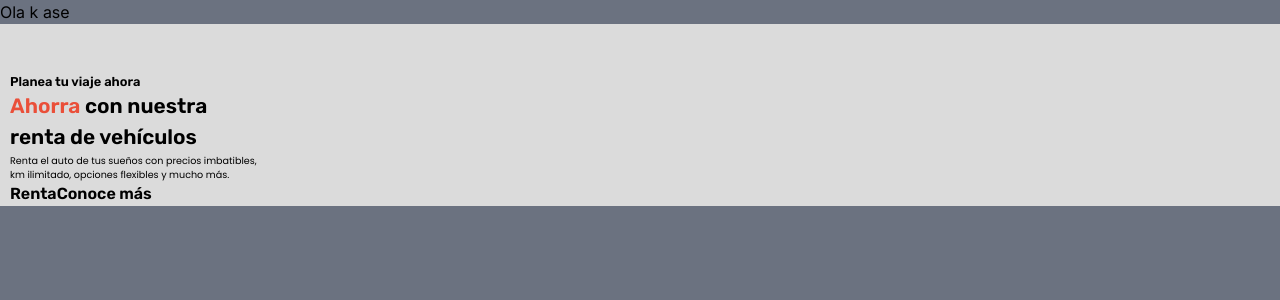
Repository: aldovelacasas/PF_RentCar2
Page: /homePage
These files come from the project's save history. The page is drawn as it stood at one moment and after the next save; the edit follows.
The browser window is 1280 px wide. The pictures show the whole page.
The project was rebuilt for these pictures with package versions that can differ from the ones it lists, and the page was loaded fresh each time. The framework's server and built-in components were replaced by stand-ins that run in the browser. Also part of the build but not shown: next.config.js.

Above is the page before, as saved 2023-08-29 19:10:34.

After the next save:
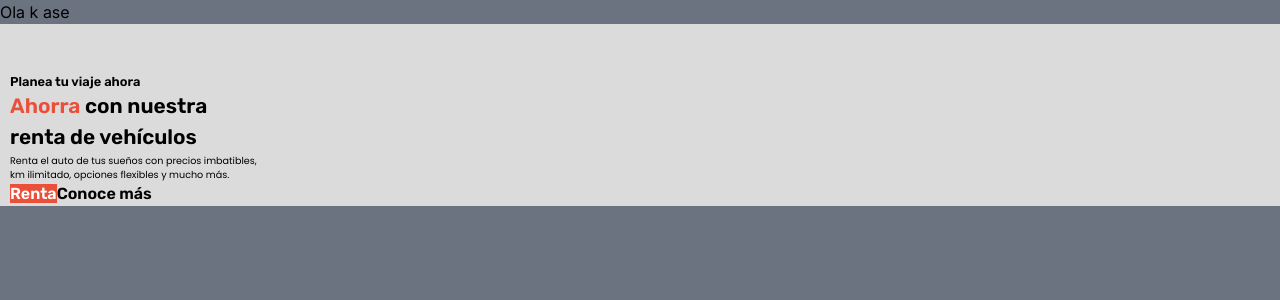
Saved 27 s later.
--- a/src/app/homePage/page.jsx
+++ b/src/app/homePage/page.jsx
@@ -29,7 +29,9 @@ function HomePage() {
           km ilimitado, opciones flexibles y mucho más.
         </p>
         <div>
-          <a href="#form bg-naranja_enf text-white">Renta</a>
+          <a href="#form" className="bg-naranja_enf text-white">
+            Renta
+          </a>
           <a href="#form">Conoce más</a>
         </div>
       </div>
